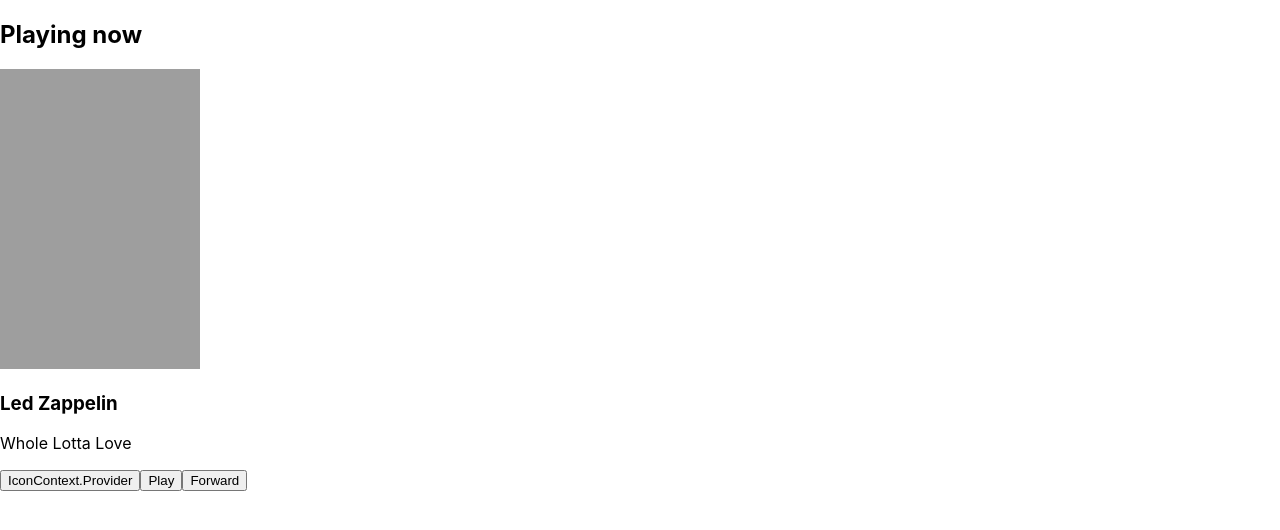
Repository: Sxcram02/playlist
Page: /
These files come from the project's save history. The page is drawn as it stood at one moment and after a run of saves; the edit follows.
The browser window is 1280 px wide. The pictures show the whole page.
Pictures or frames that could not be fetched are drawn as grey boxes. The project was rebuilt for these pictures with package versions that can differ from the ones it lists, and the page was loaded fresh each time. Also part of the build but not shown: src/App.css.

Above is the page before, as saved 2023-02-22 17:11:25.

After the next 2 saves:
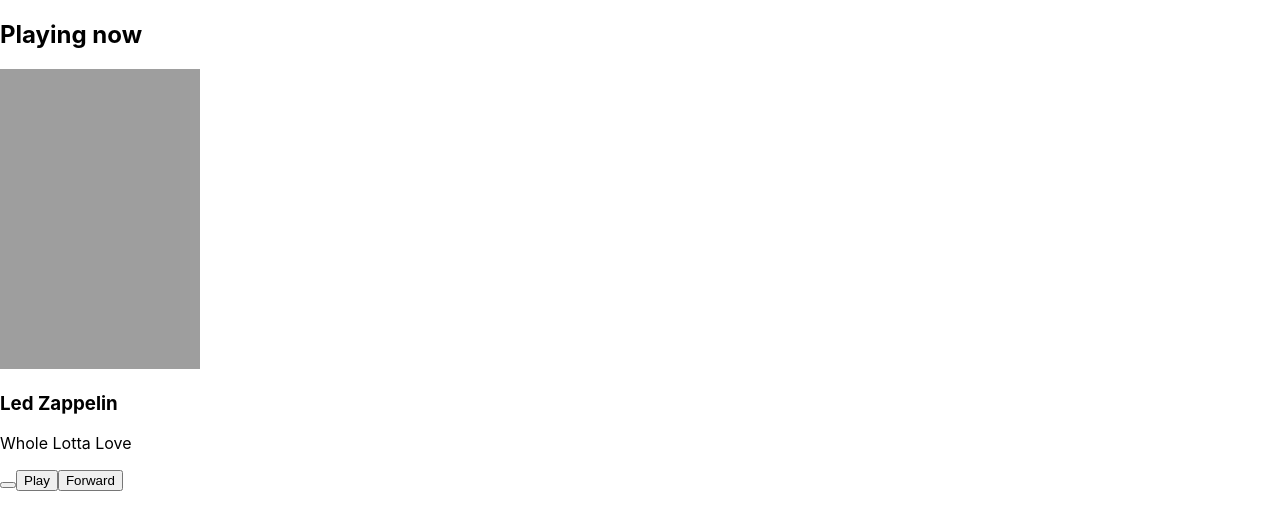
The 2 saves are shown as one change because they came seconds apart.
The last was saved 5 s later.
--- a/src/App.js
+++ b/src/App.js
@@ -16,7 +16,7 @@
       </div>
       <div>
         <button className="playButton">
-          IconContext.Provider
+          <IconContext.Provider></IconContext.Provider>
         </button>
         <button className="playButton">Play</button>
         <button className="playButton">Forward</button>
